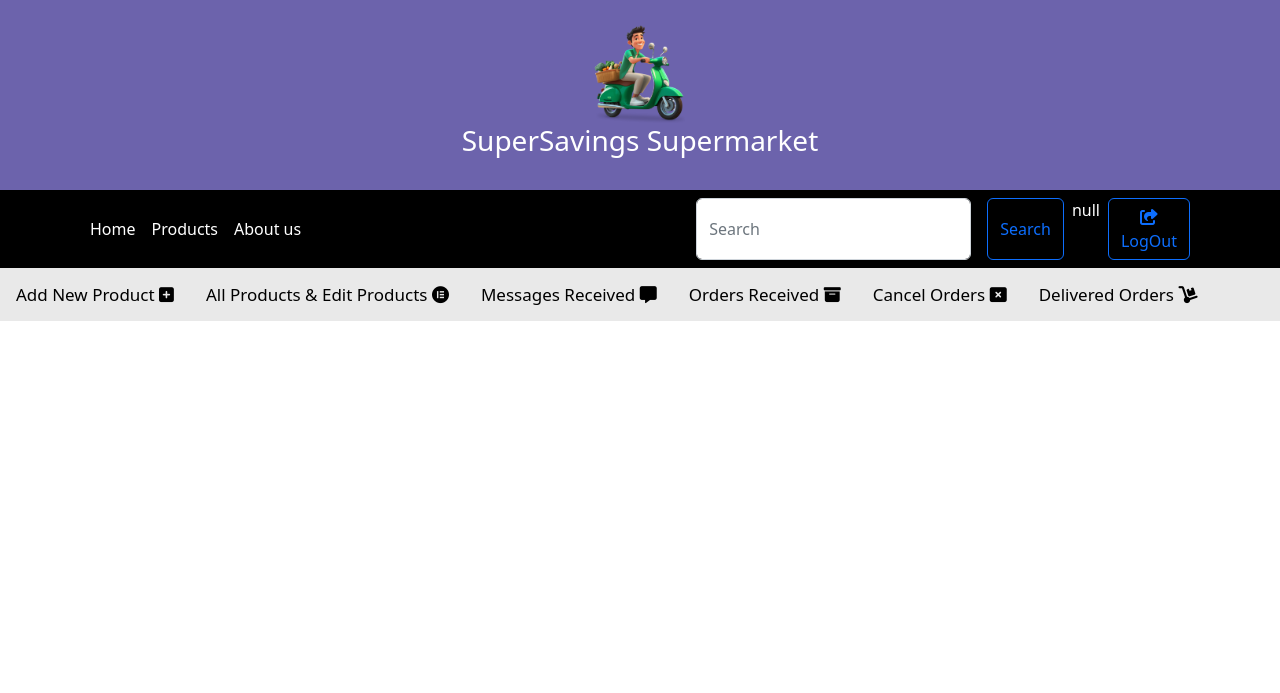
Repository: Raviraj39/SuperSaving-Online-Supermarket-Website
Page: http://localhost/Super_market/editProduct.jsp
The author's editor kept a copy of each file at every save. The page is drawn from the files as they stood at one save, then again after the next save.
The browser window is 1280 px wide. The pictures show the whole page.
The page is served by Tomcat 9. Other server files are loaded and not shown.

Above is the page before, as saved 2023-12-21 19:35:57.

### Super_market/src/main/webapp/editProduct.jsp
<%@ page language="java" contentType="text/html; charset=ISO-8859-1"
    pageEncoding="ISO-8859-1"%>
    <%@page import ="java.sql.*"%>
      <%@page import ="java.io.IOException" %>
    <%@ page import ="java.io.PrintWriter"%>
    <%@ include file="AdminHome.jsp" %>
<!DOCTYPE html>
<html>
<head>
<meta charset="ISO-8859-1">
<title>SuperSaving Supermarket</title>
<link rel="stylesheet" href="css/homestyle.css">
<link rel="stylesheet" href="https://cdnjs.cloudflare.com/ajax/libs/font-awesome/6.5.1/css/all.min.css" integrity="sha512-DTOQO9RWCH3ppGqcWaEA1BIZOC6xxalwEsw9c2QQeAIftl+Vegovlnee1c9QX4TctnWMn13TZye+giMm8e2LwA==" crossorigin="anonymous" referrerpolicy="no-referrer" />
<link href="https://cdn.jsdelivr.net/npm/bootstrap@5.2.3/dist/css/bootstrap.min.css" rel="stylesheet"
		integrity="sha384-rbsA2VBKQhggwzxH7pPCaAqO46MgnOM80zW1RWuH61DGLwZJEdK2Kadq2F9CUG65" crossorigin="anonymous">
</head>
<body>

</body>
</html>

### Super_market/src/main/webapp/AdminHome.jsp
<%@ page language="java" contentType="text/html; charset=ISO-8859-1"
    pageEncoding="ISO-8859-1"%>
<!DOCTYPE html>
<html>
<head>
<meta charset="ISO-8859-1">
<title>SuperSaving Supermarket</title>
<link rel="stylesheet" href="css/homestyle.css">
<link rel="stylesheet" href="https://cdnjs.cloudflare.com/ajax/libs/font-awesome/6.5.1/css/all.min.css" integrity="sha512-DTOQO9RWCH3ppGqcWaEA1BIZOC6xxalwEsw9c2QQeAIftl+Vegovlnee1c9QX4TctnWMn13TZye+giMm8e2LwA==" crossorigin="anonymous" referrerpolicy="no-referrer" />
<link href="https://cdn.jsdelivr.net/npm/bootstrap@5.2.3/dist/css/bootstrap.min.css" rel="stylesheet"
		integrity="sha384-rbsA2VBKQhggwzxH7pPCaAqO46MgnOM80zW1RWuH61DGLwZJEdK2Kadq2F9CUG65" crossorigin="anonymous">

</head>
<body>
	<div class="container-fluid navtop">
		<div class="text-center py-4 text-white  ">
			<img src="./images/illustrations/BikeDilvery.webp" alt="" class="" height="100px">
			<h3>SuperSavings Supermarket</h3>
		</div>
	</div>
	<nav class="navbar navbar-expand-lg bg-black text-white ">
		<div class="container text-white">
			<button class="navbar-toggler" type="button" data-bs-toggle="collapse"
				data-bs-target="#navbarSupportedContent" aria-controls="navbarSupportedContent" aria-expanded="false"
				aria-label="Toggle navigation">
				<span class="navbar-toggler-icon"></span>
			</button>
			<div class="collapse navbar-collapse " id="navbarSupportedContent">
				<ul class="navbar-nav me-auto mb-2 mb-lg-0  ">
					<li class="nav-item">
						<a class="nav-link active text-white" href="./AdminHome.jsp">Home</a>
					</li>
					<li class="nav-item">
						<a class="nav-link text-white" href="">Products</a>
					</li>
					<li class="nav-item">
						<a class="nav-link text-white" href="#"> About us</a>
					</li>
				</ul>
				<form class="d-flex" role="search">
					<input class="form-control me-2" type="search" placeholder="Search" aria-label="Search">
					<button class="btn btn-outline-primary mx-2" type="submit">Search</button>
					<p><%= session.getAttribute("username") %></p>
					<a href="logout" class="btn btn-outline-primary mx-2"> <i class='fas fa-share-square'></i>LogOut  </a>
				</form>
			</div>
		</div>
	</nav>
	<div class="topnav sticky">
            <a href="AddNewProduct.jsp">Add New Product <i class='fas fa-plus-square'></i></a>
            <a href="allProductEdit.jsp">All Products & Edit Products <i class='fab fa-elementor'></i></a>
            <a href="">Messages Received <i class='fas fa-comment-alt'></i></a>
            <a href="">Orders Received <i class="fas fa-archive"></i></a>
            <a href="">Cancel Orders <i class='fas fa-window-close'></i></a>
            <a href="">Delivered Orders <i class='fas fa-dolly'></i></a>
          </div>

</body>
</html>

### Super_market/src/main/webapp/css/homestyle.css
    body {
  font-family: "Open Sans", sans-serif;
  line-height: 1.25;
  background-color: #6C63AC;
}
a
{
	text-decoration: none;
}
.sticky {
  position: -webkit-sticky;
  position: sticky;
  top: 0;
}

@font-face {
	font-family: fonts;
	src: url(../fonts/moto-verse.otf);
}
.top-nav >div{
	font-family: fonts;
	font-weight: 900;
	font-size: 4em;
}
.navtop{
	background-color: #6C63AC;
}
.carousel-img{
	height: 75vh;
}
table {
  border: 1px solid #ccc;
  border-collapse: collapse;
  margin: 0;
  padding: 0;
  width: 100%;
  /*margin-left: 5%;*/
  table-layout: fixed;
}

table caption {
  font-size: 1.5em;
  margin: .5em 0 .75em;
}

table tr {
  background-color: #f8f8f8;
  border: 1px solid #ddd;
  padding: .35em;
}

table th,
table td {
  padding: .625em;
  text-align: center;
}

table th {
  font-size: .85em;
  letter-spacing: .1em;
  text-transform: uppercase;
}

@media screen and (max-width: 600px) {
  table {
    border: 0;
  }

  table caption {
    font-size: 1.3em;
  }

  table thead {
    border: none;
    clip: rect(0 0 0 0);
    height: 1px;
    margin: -1px;
    overflow: hidden;
    padding: 0;
    position: absolute;
    width: 1px;
  }

  table tr {
    border-bottom: 3px solid #ddd;
    display: block;
    margin-bottom: .625em;
  }

  table td {
    border-bottom: 1px solid #ddd;
    display: block;
    font-size: .8em;
    text-align: right;
  }

  table td::before {
    /*
    * aria-label has no advantage, it won't be read inside a table
    content: attr(aria-label);
    */
    content: attr(data-label);
    float: left;
    font-weight: bold;
    text-transform: uppercase;
  }

  table td:last-child {
    border-bottom: 0;
  }
}

/*Header Css*/
* {box-sizing: border-box;}

    body {
      margin: 0;
      font-family: Arial, Helvetica, sans-serif;
    }

    .topnav {
      overflow: hidden;
      background-color: #e9e9e9;
    }

    .topnav a {
      float: left;
      display: block;
      color: black;
      text-align: center;
      padding: 14px 16px;
      text-decoration: none;
      font-size: 17px;
    }

    .topnav a:hover {
      background-color: #ddd;
      color: black;
    }

    .topnav a.active {
      background-color: #2196F3;
      color: white;
    }

    .topnav .search-container {
      float: right;
    }

    .topnav input[type=text] {
      padding: 6px;
      margin-top: 8px;
      font-size: 17px;
      border: none;
    }

    .topnav .search-container button {
      float: right;
      padding: 6px 10px;
      margin-top: 8px;
      margin-right: 16px;
      background: #ddd;
      font-size: 17px;
      border: none;
      cursor: pointer;
    }

    .topnav .search-container button:hover {
      background: #ccc;
    }

    @media screen and (max-width: 600px) {
      .topnav .search-container {
        float: none;
      }
      .topnav a, .topnav input[type=text], .topnav .search-container button {
        float: none;
        display: block;
        text-align: left;
        width: 100%;
        margin: 0;
        padding: 14px;
      }
      .topnav input[type=text] {
        border: 1px solid #ccc;
      }

    }
/*footer*/
.footer {
   position: fixed;
   left: 0;
   bottom: 0;
   width: 100%;
   background-color:#ccc;
   color:black;
   text-align: center;
}

.h2222 {
  width: 100%;
  padding: 12px 20px;
  margin: 8px 0;
  box-sizing: border-box;
  border: none;
  background-color: #3CBC8D;
  color: white;
}

After the next save:
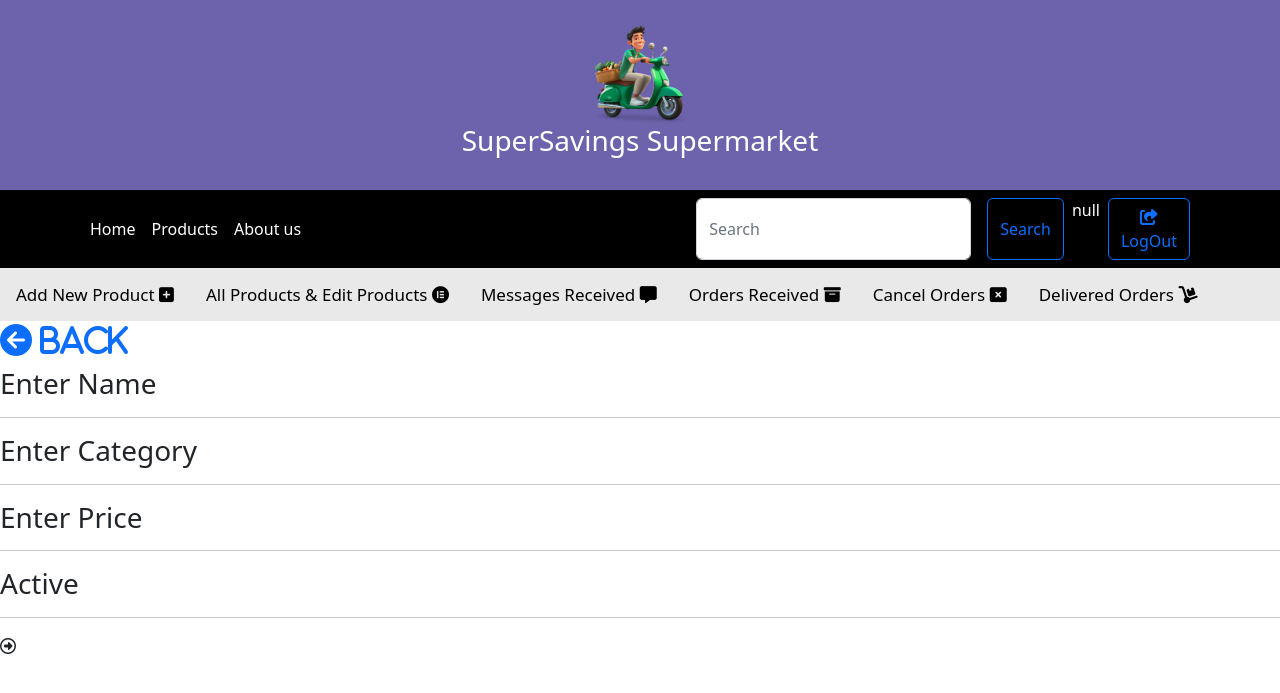
Saved 49 s later.
--- a/Super_market/src/main/webapp/editProduct.jsp
+++ b/Super_market/src/main/webapp/editProduct.jsp
@@ -16,5 +16,37 @@
 </head>
 <body>
 
+<h2><a class="back" href="allProductEditProduct.jsp"><i class='fas fa-arrow-circle-left'> Back</i></a></h2>
+
+
+
+<div class="left-div">
+ <h3>Enter Name</h3>
+
+<hr>
+</div>
+
+<div class="right-div">
+<h3>Enter Category</h3>
+
+<hr>
+</div>
+
+<div class="left-div">
+<h3>Enter Price</h3>
+
+<hr>
+</div>
+
+<div class="right-div">
+<h3>Active</h3>
+
+ <hr>
+</div>
+ <i class='far fa-arrow-alt-circle-right'></i>
+
+
+
+
 </body>
 </html>
